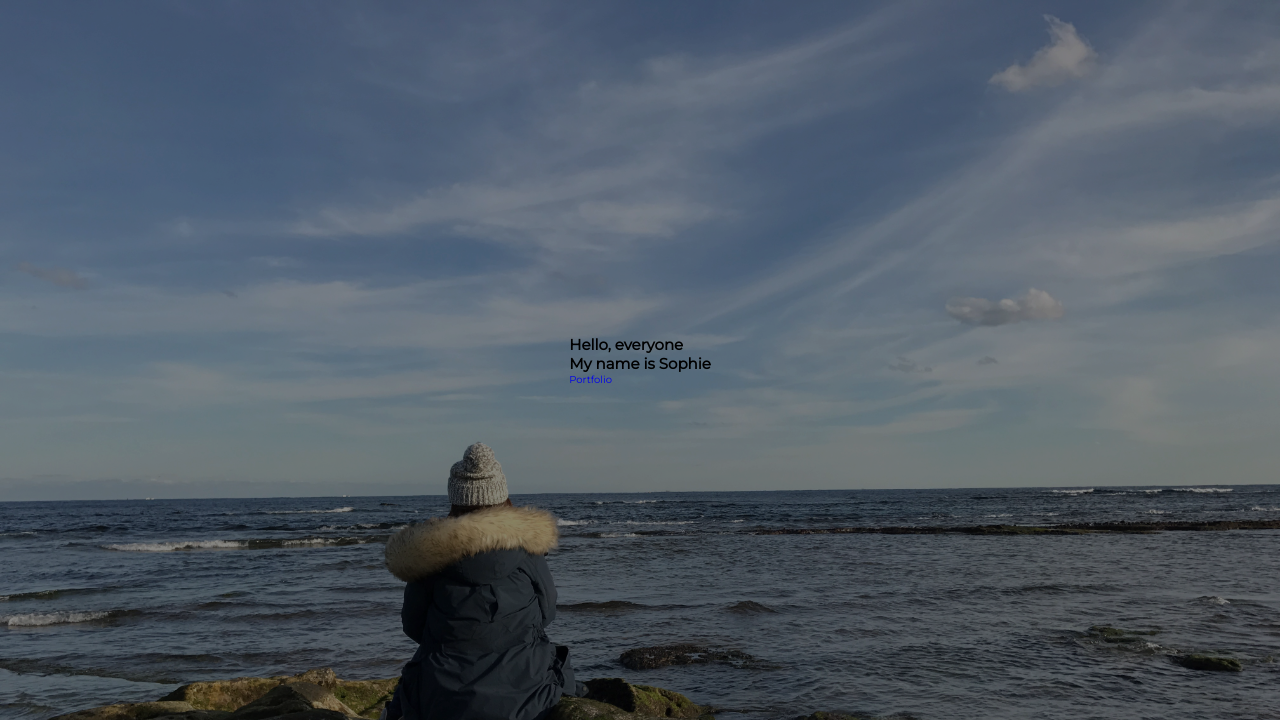
Repository: wenxi0504/StaticWebsite_Profolio
Page: index.html
An editor plug-in stored every save of this project. The page is shown before and after the next save, followed by the edit.
The browser window is 1280 px wide. The pictures show the whole page.

Above is the page before, as saved 2022-03-01 22:33:31.

After the next save:
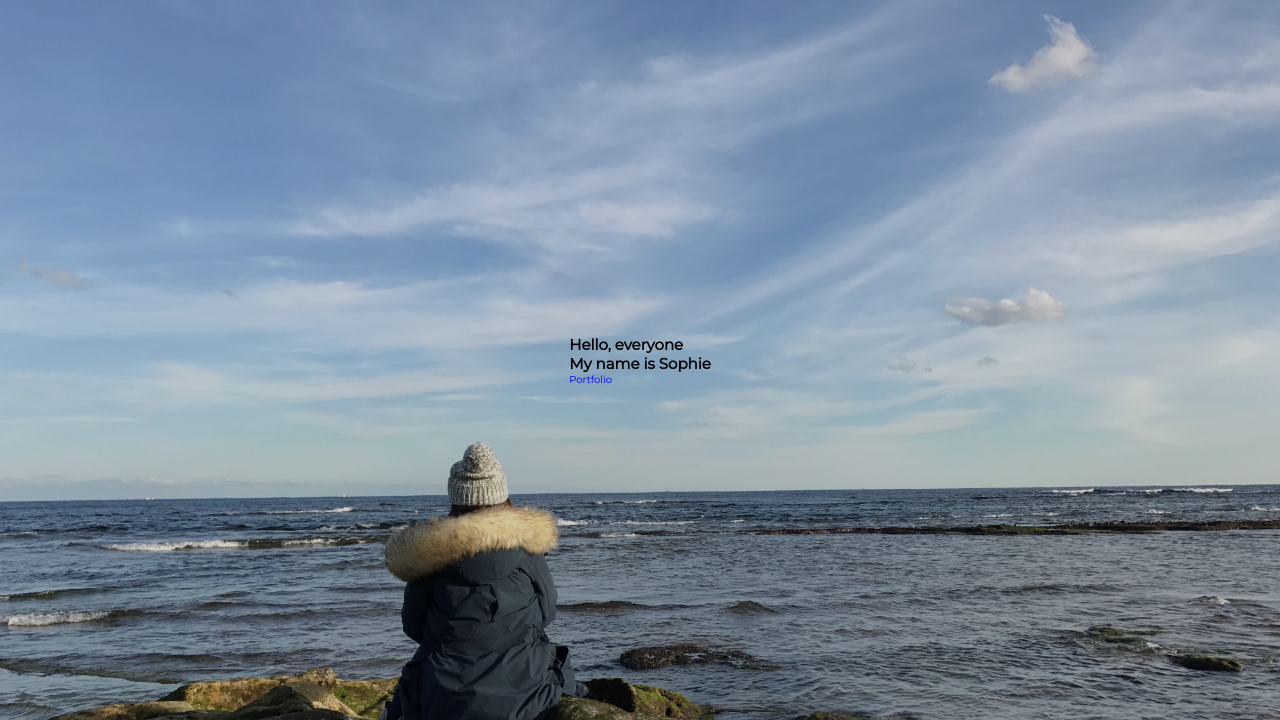
Saved 10 s later.
--- a/style.css
+++ b/style.css
@@ -41,7 +41,7 @@
     height: 100%;
     width: 100%;
     background-color: black;
-    opacity: 15%;
+    opacity: 5%;
     z-index: -1;
 }
 

After the save that followed:
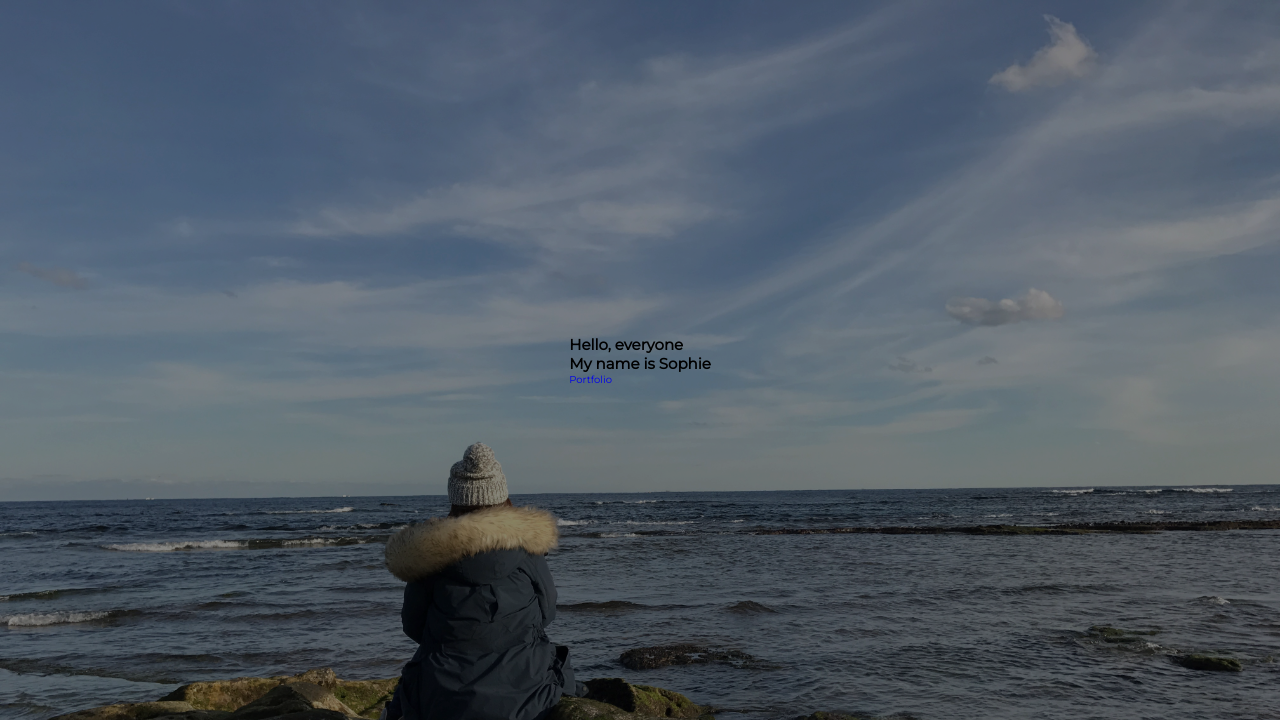
Saved 8 s later.
--- a/style.css
+++ b/style.css
@@ -41,7 +41,7 @@
     height: 100%;
     width: 100%;
     background-color: black;
-    opacity: 5%;
+    opacity: 15%;
     z-index: -1;
 }
 
